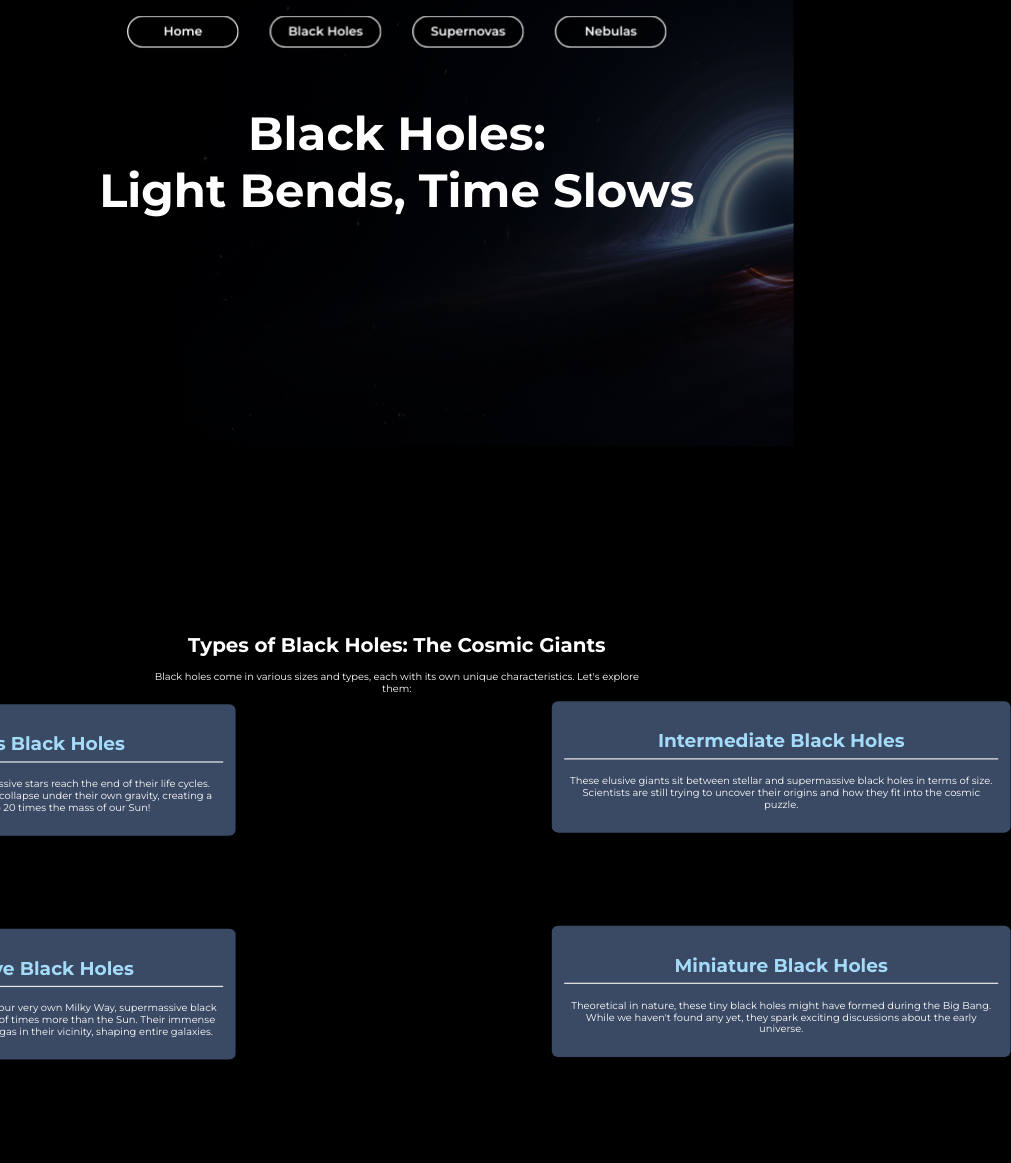
Repository: english-only/Space-Website
Page: black_hole.html
These files come from the project's save history. The page is drawn as it stood at one moment and after the next save; the edit follows.
The browser window is 1280 px wide. The page is 1630 px wide, so the pictures cover 1630 px, including what lies to the right of the window. The pictures show the whole page, at 62% of full size.
Backgrounds fixed to the window are drawn as part of the page.

Above is the page before, as saved 2024-12-18 23:50:25.

After the next save:
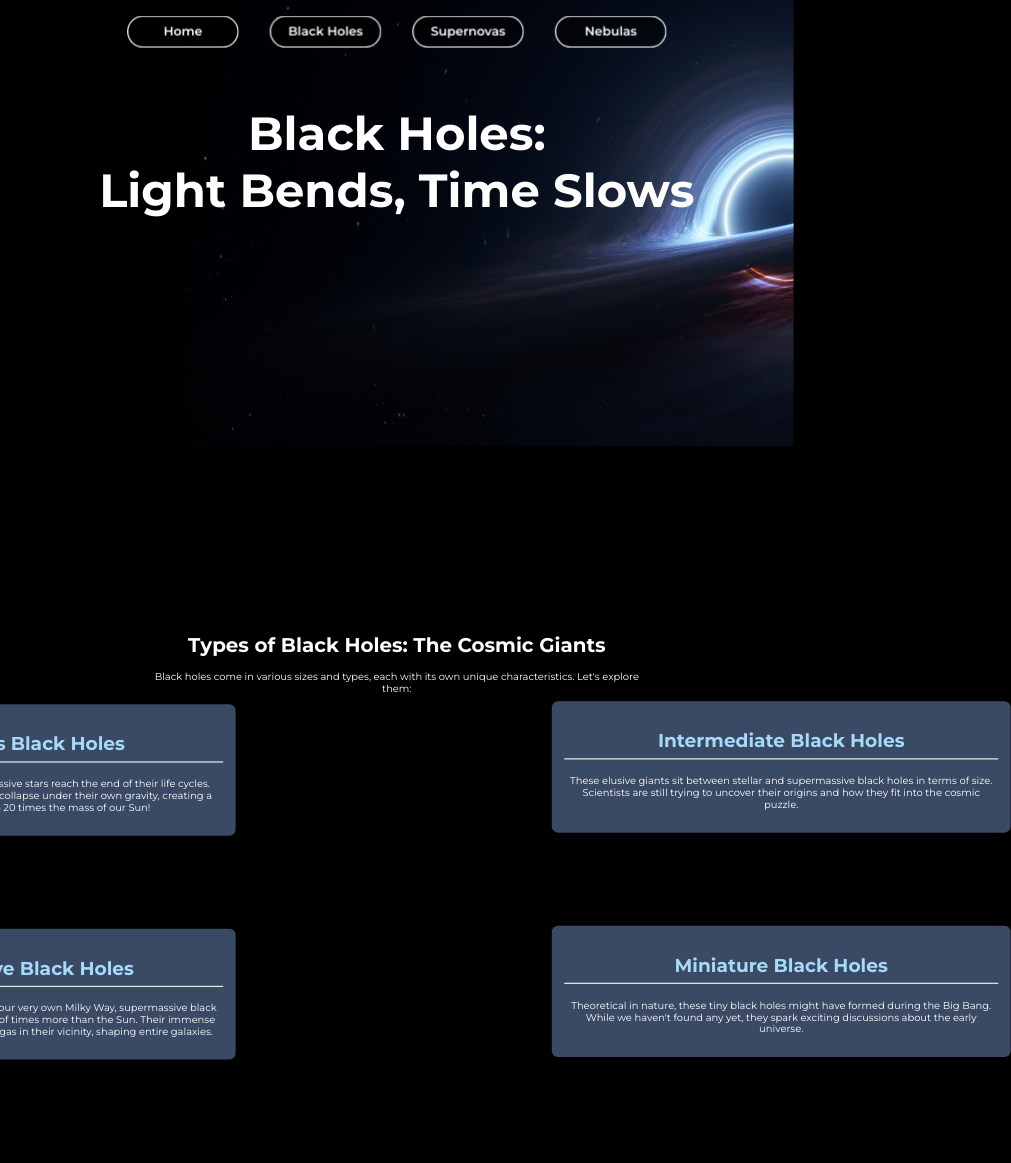
Saved 9 s later.
--- a/main.css
+++ b/main.css
@@ -299,7 +299,7 @@
   position: fixed; /* Keep background fixed while scrolling */
   height: 100vh;
   width: 100%;
-  filter: brightness(40%);
+  filter: brightness(100%);
   z-index: -1; /* Place the background behind other content */
 }
 

After the save that followed:
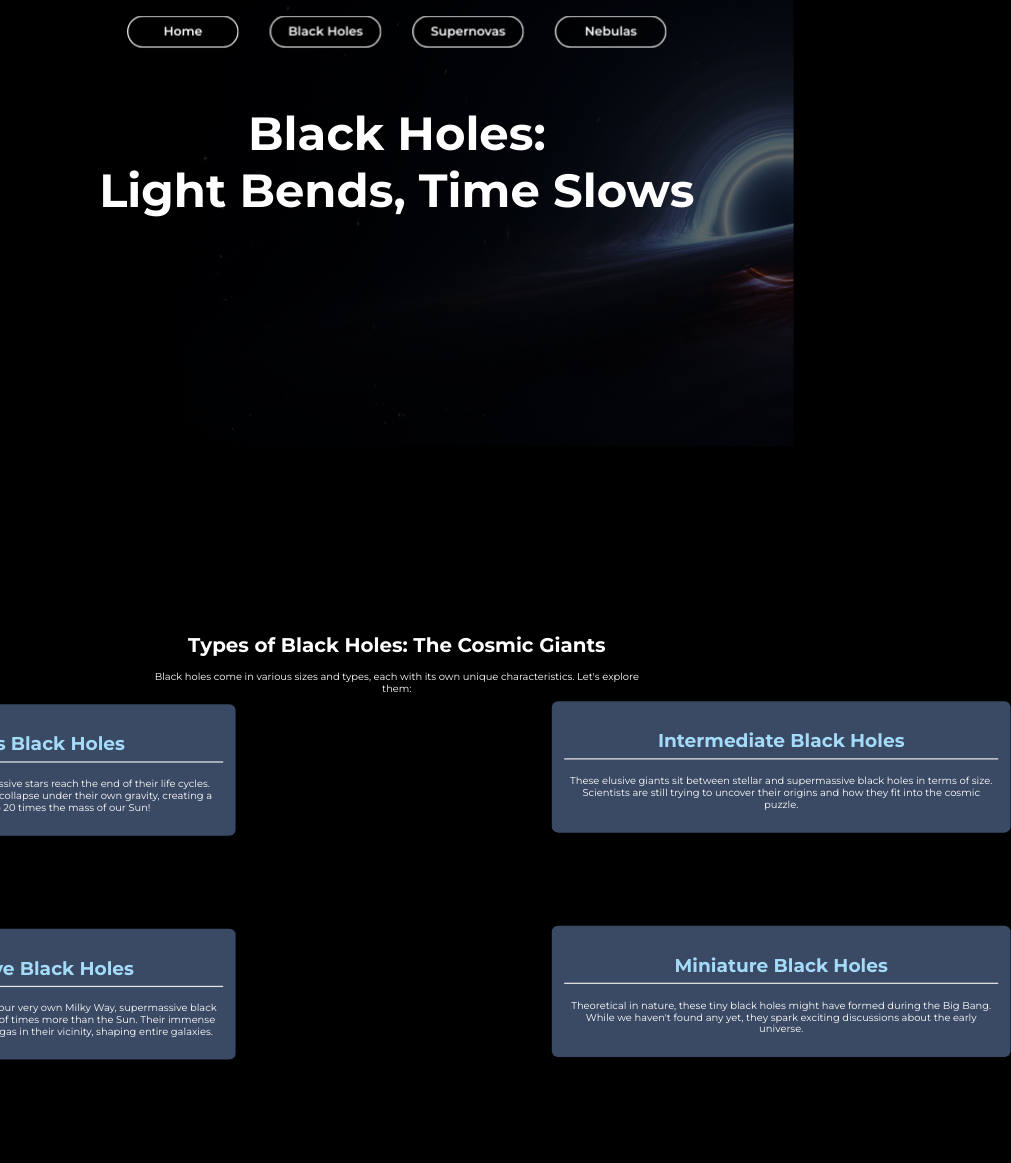
Saved 6 s later.
--- a/main.css
+++ b/main.css
@@ -299,7 +299,7 @@
   position: fixed; /* Keep background fixed while scrolling */
   height: 100vh;
   width: 100%;
-  filter: brightness(100%);
+  filter: brightness(40%);
   z-index: -1; /* Place the background behind other content */
 }
 
